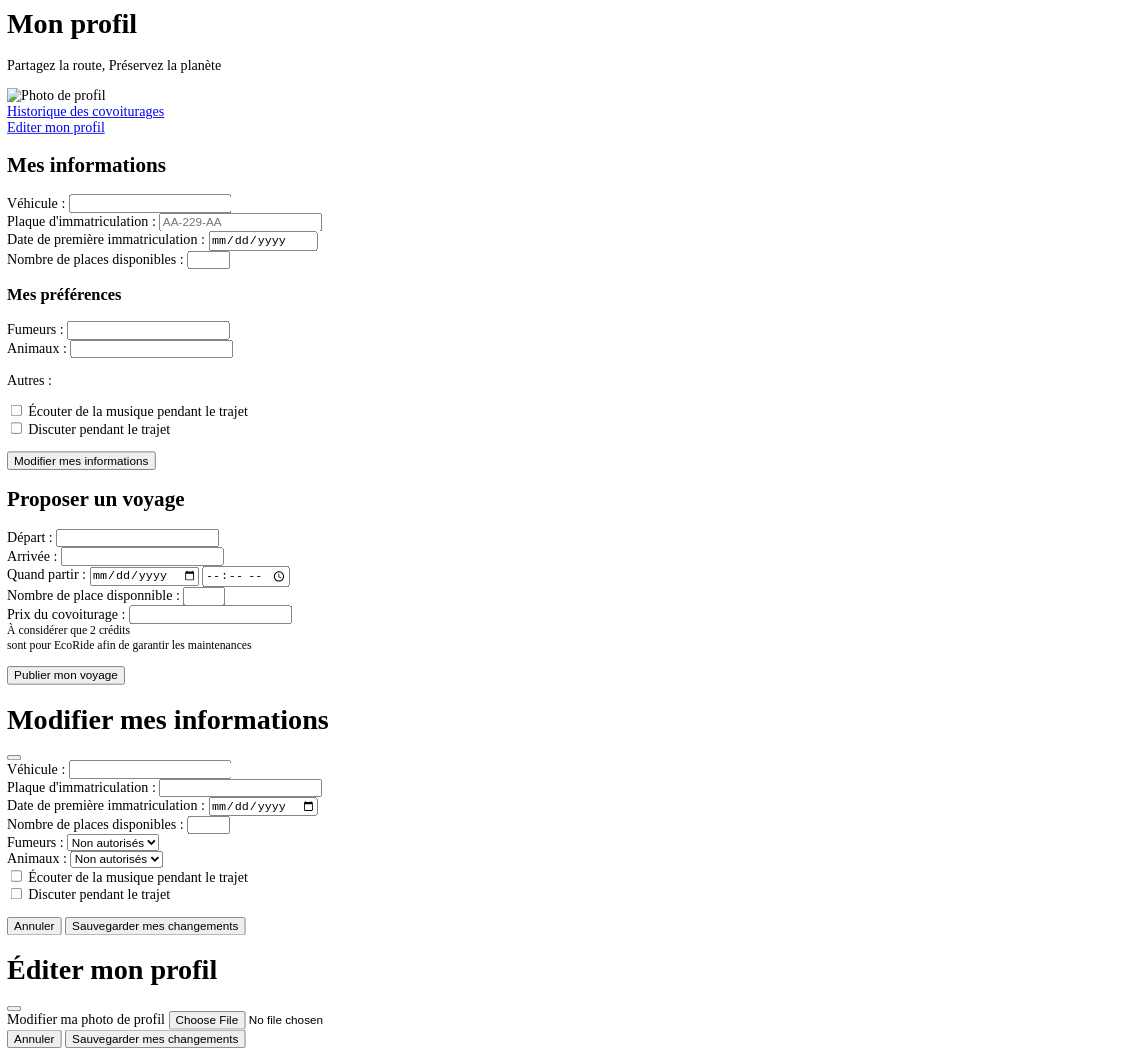
Repository: lemonhao9/ECF
Page: pages/auth/profile.html
These files come from the project's save history. The page is drawn as it stood at one moment and after the next save; the edit follows.
The browser window is 1280 px wide. The pictures show the whole page, at 88% of full size.

Above is the page before, as saved 2025-02-17 16:35:21.

After the next save:
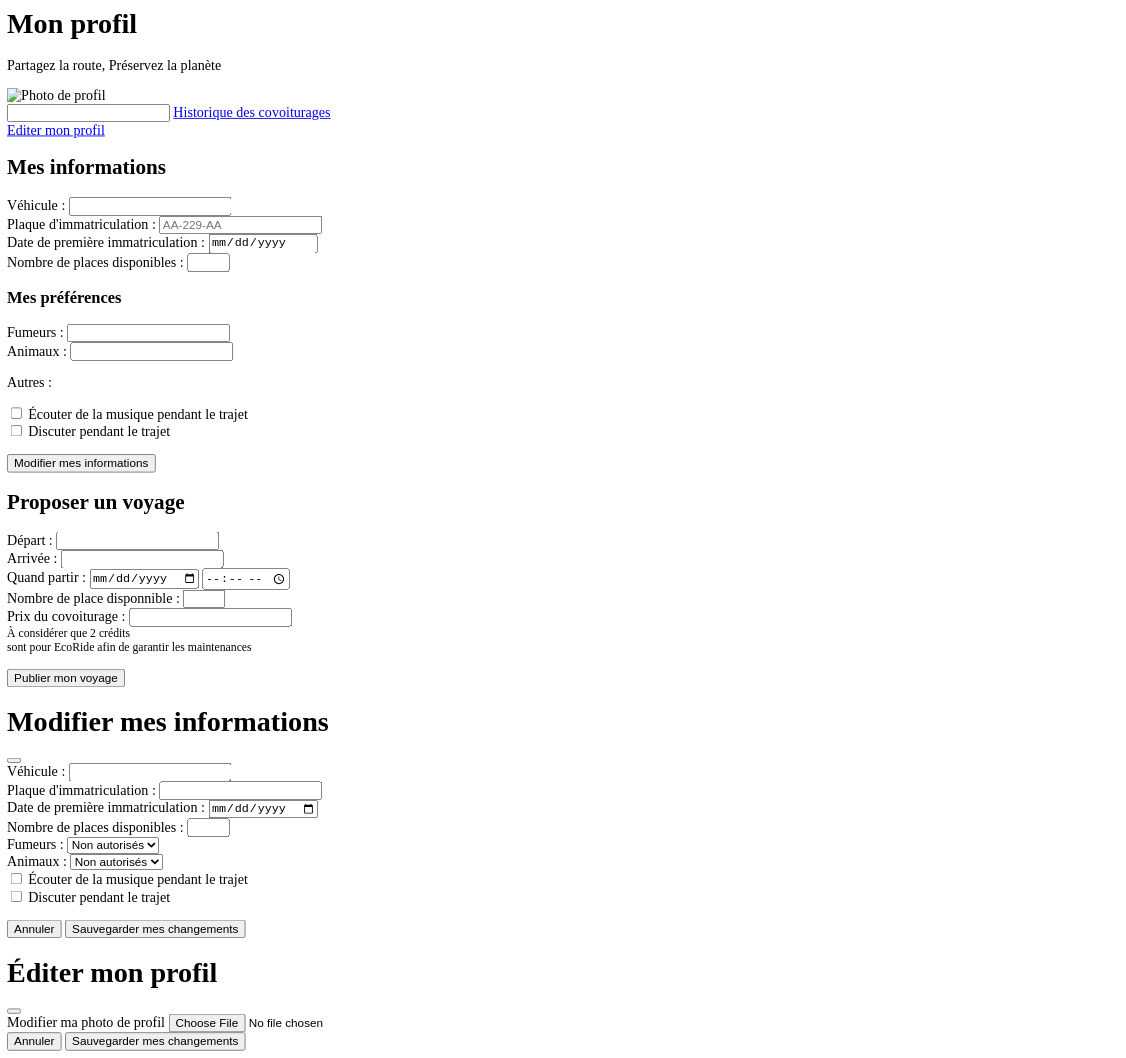
Saved 45 s later.
--- a/pages/auth/profile.html
+++ b/pages/auth/profile.html
@@ -7,6 +7,7 @@
 <aside>
     <div class="ms-5 mt-5">
         <img src="" alt="Photo de profil" class="w-25 h-25"> <br>
+        <input type="text" id="bioInput" class="form-text">
         <a href="/historiqueCovoit">Historique des covoiturages</a> <br>
         <a href="#" data-bs-toggle="modal" data-bs-target="#modalEdition">Editer mon profil</a>
     </div>
